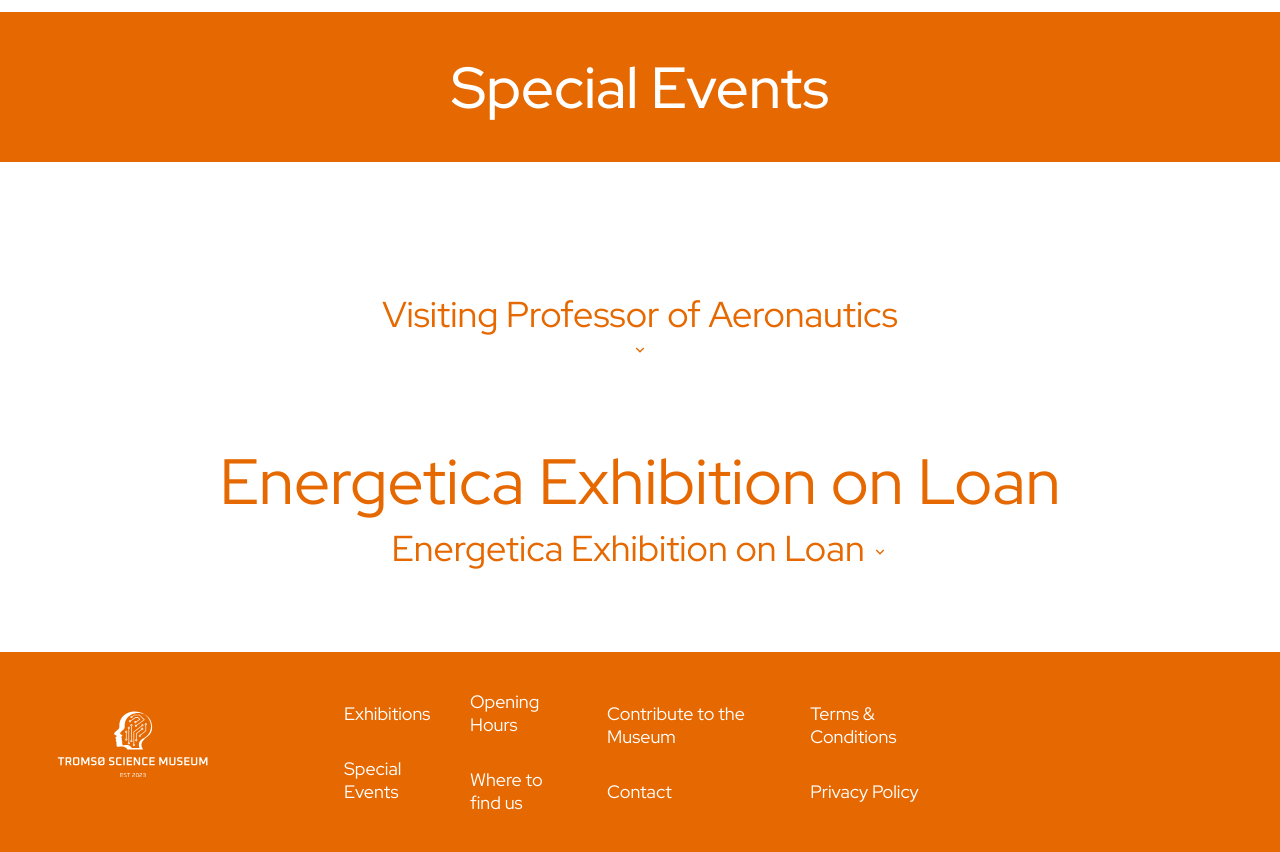
Repository: benjaminskarding/Semester-Project
Page: index.html
The author's editor kept a copy of each file at every save. The page is drawn from the files as they stood at one save, then again after the next save.
The browser window is 1280 px wide. The pictures show the part of the page from y = 5117 to 5969 px (the page is 5969 px tall before and 5963 px after).
A picture or video elsewhere on the page could not be fetched, so the positions and the page height are approximate.

Above is the page before, as saved 2023-12-04 12:39:59.

### index.html
<!DOCTYPE html>
<html lang="en">
<head>
    <meta charset="UTF-8">
    <meta name="viewport" content="width=device-width, initial-scale=1.0">
    <link rel="stylesheet" href="/src/css/index.css">
    <link rel="preconnect" href="https://fonts.googleapis.com">
    <link rel="preconnect" href="https://fonts.gstatic.com" crossorigin>
    <link href="https://fonts.googleapis.com/css2?family=Red+Hat+Display:wght@300;400;500;600;700;800&display=swap" rel="stylesheet">
    <title>Document</title>
</head>
<body>
<div class="landing-section">

    <div class="fullscreen-bg-vid">
        <video loop muted autoplay>
            <source src="assets/videos/30001-0863.mp4" type="video/mp4">
        </video>
    </div>

    <header class="header-collection">
        <div class="header-wrapper">
            <nav class="header-main-nav">
                <div class="header-nav-left-placeholder">
                </div>
                <div class="header-nav-center-logo">
                    <a href="index.html" aria-label="Go to homepage">
                        <img class="logo" src="assets/images/logo/whitelogo.svg" alt="company logo">
                    </a>
                </div>
                <div class="header-nav-right">
                    <label for="menuToggle" class="menu-button" aria-label="Open Menu"> <!--toggles overlay-->
                        <span class="white">MENU</span>
                        <img src="assets/images/icons/helix.svg" class="menuIcon" alt="navigation menu icon">
                    </label>
                </div>
            </nav>
        </div>

        <!--Hamburger overlay-->
        <input type="checkbox" id="menuToggle" class="menu-toggle-checkbox" style="display: none;">
        <div class="hamburger-overlay-homepage" id="menuOverlay" aria-label="Menu overlay">

            <div class="overlay-header">
                <h3 class="medium">Menu</h3>
                <label for="menuToggle" class="overlay-close-btn" aria-label="Close menu">&times;</label>
            </div>

            <div class="overlayOptionsContainer">
                <a href="index.html">
                  <h5 class="menu-item">Home</h5>
                </a>
                <a href="exhibitions.html">
                  <h5 class="menu-item">Exhibitions</h5>
              </a>
                <a href="special_events.html">
                  <h5 class="menu-item">Special Events</h5>
              </a>
                <a href="contribute.html">
                  <h5 class="menu-item">Contribute to the Museum</h5>
              </a>
                <a href="contact.html">
                  <h5 class="menu-item">Contact</h5>
              </a>
                <a href="terms_conditions.html">
                  <h5 class="menu-item">Terms & Conditions</h5>
              </a>
                <a href="privacy_policy.html">
                  <h5 class="menu-item">Privacy Policy</h5>
              </a>
            </div>
            <div class="overlayLogoContainer">
                <img src="assets/images/logo/whitelogo.svg" class="overlayLogo" alt="company logo in hamburger overlay">
            </div>
        </div>
    </header>


    <div class="hero-text">
        <h1><a href=#>CURRENT EXHIBITIONS</a></h1>
        <div class="hero-text-bottom">
            <div class="title">
                <h2 class="specEvent"><a href=#>SPECIAL EVENTS</a></h2>
            </div>
            <div class="additional-links">
                <div class="link-with-line">
                    <a href="contact.html" class="hero-small-link">CONTACT</a>
                    <div class="line"></div>
                </div>
                <div class="link-with-line">
                    <a href="#" class="hero-small-link-two">CONTRIBUTE TO THE MUSEUM</a>
                    <div class="line"></div>
                </div>
            </div>
        </div>
    </div>
</div>
    <div class="title-bar">
        <h3 class="medium">Visit</h3>
    </div>

    <div class="main-grid">
        <div class="left-column">
            <div class="column-text-content">
                <h4 class="medium orange">Admission</h4>
                <h6>The entrance is free for all.</h6>
                <p>There are guided tours of the museum that leave every hour.</p>
                <p>These tours are 70 NOK per person and include a handy printed guide of the museum.</p>
                <p>If you would like to organise a guided tour for your group of 6 or more people, please contact us to arrange the tour.</p>
                <p class="orange bold">Accessibility</p>
                <p>The museum has wheelchair accessibility ramps.</p>
                <p>It also has audio guides and braille display signs for the visually impaired.</p>
            </div>
        </div>
        <div class="center-column">
            <div class="column-text-content">
                <p class="orange bold">Shop</p>
                <p>Our shop offers a range of memorabilia from the museum as well as great gifts and activity packs that allow you to continue to explore science even after you’ve left the museum.</p>
                <p class="orange bold">Food and Drink</p>
                <p>There is a café attached to the museum where you can get light lunches, soft drinks, coffee, snacks and more.</p>
            </div>
        </div>
        <div class="right-sidebar">
            <div class="sidebarSection">
                <h5>Our Location</h5>
                <hr>
                <p>Tromsø Science Museum</p>
                <p>123 Northern Lights Avenue</p>
                <p>Tromsø, Norway</p>
            </div>
            <div class="sidebarSection">
                <h5>Opening Hours</h5>
                <hr>
                <p>Monday: Closed</p>
                <p>Tuesday: 10:00 – 16:00</p>
                <p>Wednesday: 10:00 – 16:00</p>
                <p>Thursday: 10:00 – 16:00</p>
                <p>Friday: 10:00 – 19:00</p>
                <p>Saturday: 9:00 – 16:00</p>
                <p class="lastpar">Sunday: 9:00 – 13:00</p>
            </div>
        </div>

        <div class="image">
            <img src="assets/images/x/cube.jpg">
        </div>
        <div class="mid-right-column">
            <div class="right-column-text-content">
                <h2 class="orange">Explore Together</h2>
                <p class="semibold">Come join us at the Tromsø Science Museum where we’re committed to making science accessible to all.</p>
                <p>Over the course of human history, science has developed from our early understanding of fire, wind, water, and earth to exploring everything from galaxies far away to the very building blocks of life itself.</p>
                <p>The aim of our museum is to create a space where everyone can experience the wonders of our discoveries and perhaps even ignite a lifelong passion to continue the exploration of the world around us.</p>
                <p>We believe science should not be confined to the textbook, but brought to live through exhibits. This is why we have over 1000 different exhibits on the many varied subjects of science to explore.</p>
                <p>Many of these exhibits are designed for you to interact with and play around to see science come to life (apart from the dinosaur exhibits – they only come to life at night when everyone’s gone home).</p>
            </div>
        </div>
    </div>

    <div class="mid-bar"></div>

    <div class="grid2">
        <div class="teach-col">
            <div class="column-text-content">
                <h4 class="medium orange">For Teachers</h4>
                <p class="semibold">As a community-driven museum, we want to work with schools to create places of learning and exploring.</p>
                <p>Our team are on hand to give your students guided tours of the museum, teach them in our learning laboratory, and provide great video presentations that will excite and inspire them.</p>
                <p>Please get in touch with us here to find out more about our facilities and to arrange a time to bring your students through for a visit.</p>
            </div>
        </div>

        <div class="low-mid-right-column">
            <div class="right-column-text-content">
                <h4 class="medium orange">For Kids</h4>
                <p class="semibold">Are you a young person looking to learn more about science? Come on down to our museum, there’s plenty to see and do.</p>
                <p>You can learn about Newtonian physics from our bumper swing, or why not travel back in time and meet our resident Woolly Mammoth? Our exhibits are designed to be accessible for interested minds, so make sure you come ready to learn and explore.</p>
                <p>We also have the Young Stars club which meets once a week on a Saturday between 10:00 and 13:00 where you’ll get to explore and experiment with our team of experts.</p>
                <p class="lastpar">During the school holidays we run special holiday clubs where you can join other children your age to go on a journey of discovery. Each holiday we pick a new theme to explore. To find out more about the holiday club and how you can join, send us a message.</p>
                <h4 class="medium orange">Researchers</h4>
                <p class="semibold">Are you looking to get involved with our team of researchers and academics?</p>
                <p>Our museum offers various ways for you to use our resources and contribute towards them. We have online records, laboratory space, and a working relationship with a number of universities around the country.</p>
            </div>
        </div>

        <div class="left-sidebar">
            <div class="sidebarSection">
                <h5>Special Events</h5>
                <hr>
                <p>Visiting Professor of Aeronautics</p>
                <p>Night in the Museum</p>
                <p>Energetica Exhibition on Loan</p>
            </div>
            <div class="sidebarSection">
                <h5>Current Exhibitions</h5>
                <hr>
                <p>Cosmology</p>
                <p>Evolution</p>
                <p>Biology & Medicine</p>
                <p>Ecology</p>
                <p>Robotics & AI</p>
            </div>
        </div>
    </div>

    <div class="title-bar title-bar-right">
        <h3 class="medium">Exhibitions</h3>
    </div>


    <div class="grid3">
        <div class="imageCarousel image">
            <img src="assets/images/x/spaceman.jpg">
        </div>
        <div class="carouselDescription">
            <div class="column-text-content">
                <h5 class="orange">Discover the Cosmos</h5>
                <p class="semibold">Embark on a celestial journey at the Tromsø Science Museum's space exhibit.</p>
                <p>Dive into the history of space exploration, from the earliest dreams of flying to the moon, to the latest discoveries in the vast expanse of our universe.</p>
            </div>
        </div>
        <div class="exhibText">
            <div class="right-column-text-content">
                <h4 class="medium orange">Engage, Learn and Interact</h4>
                <p class="semibold">The Tromsø Science Museum is not just a building; it's a celebration of human curiosity and the relentless pursuit of knowledge.</p>
                <p>As a beacon of discovery, our exhibitions are thoughtfully designed to inspire awe, stimulate intellect, and provoke conversation.</p>
                <p>From the enigmatic depths of outer space to the microscopic intricacies of biology, each exhibit serves as a window to the vast and varied tapestry of the universe.</p>
                <a href="#" class="exhibButton medium">Tour All Exhibitions</a>
            </div>
        </div>
    </div>

    <div class="title-bar">
        <h3 class="medium">Contribute</h3>
    </div>

    <div class="grid4">
        <div class="suppMuseum">
            <div class="column-text-content">
                <h4 class="medium orange">Support the Museum</h4>
                <p class="semibold">Tromsø Science Museum is not just a space, it's a vibrant hub for exploration and learning, a testament to the power of community involvement.</p>
                <p>While our contributions page provides detailed ways you can join in our efforts, here we invite you to consider the unique impact that your support can create.</p>
            </div>
            <div class="navStuff">
                <div class="buttonWrapper">
                    <a href="#" class="navButtonSmall medium">Internship</a>
                    <img src="assets/images/icons/longArrow.svg" alt="Right Arrow" class="arrowIcon">
                </div>
                <div class="buttonWrapper">
                    <a href="#" class="navButtonSmall medium">Make a Gift</a>
                    <img src="assets/images/icons/longArrow.svg" alt="Right Arrow" class="arrowIcon">
                </div>
                <div class="buttonWrapper">
                    <a href="#" class="navButtonSmall medium">Volunteer</a>
                    <img src="assets/images/icons/longArrow.svg" alt="Right Arrow" class="arrowIcon">
                </div>
                <div class="buttonWrapper">
                    <a href="#" class="navButtonSmall medium">Donate</a>
                    <img src="assets/images/icons/longArrow.svg" alt="Right Arrow" class="arrowIcon">
                </div>
            </div>
        </div>

        <div class="supportImage image">
            <img src="assets/images/x/supp.jpg">
        </div>
    </div>

    <div class="title-bar-center">
        <h3 class="medium">Special Events</h3>
    </div>

    <div class="specEvents">
        <div class="specContent">
            <div class="specSection">
                <h5 class="orange regular">Visiting Professor of Aeronautics</h5>
                <img src="assets/images/icons/arrow-down-s-line.svg" class="arrow" alt="expand">
            </div>
            <div class="specSection">
                <h2 class="orange regular">Energetica Exhibition on Loan</h2>
            </div>
            <a href="#EnergeticaExhibition" id="EnergeticaExhibition" class="energeticaExhib orange">
                Energetica Exhibition on Loan
                <!-- Inline SVG for the arrow -->
                <img src="assets/images/icons/arrow-down-s-line.svg" class="arrow">
            </a>
            <div class="details">
                Information about the Energetica Exhibition.
            </div>
        </div>
    </div>

    <footer id=desktop-footer class="footer">
        <div class="footer-container">
              <!--footer left side-->
            <div class="footer-left-container">
              <a href="index.html"  aria-label="Back to homepage">
                <img src="assets/images/logo/whitelogo.svg" class="footer-logo" alt="company logo in footer">
              </a>
            </div>
            <!--footer center-->
            <div class="footer-center-container">
              <div class="footer-column-1">
                <p class="footer-titles">Exhibitions</p>
                <p class="footer-titles">Special Events</p>
              </div>
              <div class="footer-column-2">
                <p class="footer-titles">Opening Hours</p>
                <p class="footer-titles">Where to find us</p>
              </div>
              <div class="footer-column-3">
                <p class="footer-titles">Contribute to the Museum</p>
                <p class="footer-titles">Contact</p>
              </div>
              <div class="footer-column-4">
                <p class="footer-titles">Terms & Conditions</p>
                <p class="footer-titles">Privacy Policy</p>
              </div>
            </div>

            <div class="footer-right-container-placeholder"></div>
        </div>
      </footer>

</body>
</html>

### src/css/common.css
body, html {
    height: 100%;
    margin: 0;
}

a {
    text-decoration: none;
    cursor: pointer;
    color: inherit;
}

input:focus,
textarea:focus,
select:focus,
button:focus {
outline: none;
}

/* common header, landing page has specific */

.header-collection {
    background-color: var(--color-secondary);
    height: 200px;
}

.header-wrapper {
    margin-left: 3rem;
    margin-right: 3rem;
}

.logo {
    margin-top: 1.5rem;
}


.header-main-nav {
    display: flex;
    justify-content: space-between;
    align-items: center;
    width: 100%;
}



.header-nav-left-placeholder {
    flex: 1;
    display: flex;
    align-items: center;
}

.header-nav-left a {
    display: flex;
    justify-content: flex-start;
    align-items: center;
}

.header-nav-center-logo {
    flex: 0;
}

.header-nav-right {
    flex: 1;
    display: flex;
    justify-content: flex-end;
    font-size: 1.25rem;
    font-weight: var(--font-weight-medium);
}

/* Footer */

.footer{
    background-color: var(--color-secondary);
    height: 200px;
    display: flex;
    margin-top: 0rem;
}

.footer-container {
    display: flex;
    align-items: center;
    justify-content: space-between;
    margin-left: 3rem;
    margin-right: 3rem;
    width: 100%;
}

.footer-left-container {
    flex: 1;
}


.footer-center-container {
    display: flex;
    justify-content: center;
    align-items: center;
    flex: 2;
    gap: 2rem;
}

.footer-right-container-placeholder {
    flex: 1;
}

.footer-logo {
    height: 100px;
}

.footer-titles {
    display: flex;
    margin-bottom: 2rem;
    margin-top: 2rem;
    color: white;
}




/* Main content */

.top-bar {
    display: flex;
    align-items: center;
    background-color: #E66800;
    width: 100%;
    height: 80px;
}

.top-bar h3 {
    margin-left: 3rem;
}

.sidebar {
    display: flex;
    flex-direction: column;
    align-items: center;
    position: relative;
    background-color: #E66800;
    height: 100%;
}

/* Hamburger overlay */

.hamburger-overlay {
    position: absolute;
    top: 0;
    right: 0;
    bottom: 0;
    left: 0;
    background-color: transparent;
    z-index: 1000;
    visibility: hidden;
    transform: translateX(100%);
    transition: transform 0.3s, visibility 0.3s;
    display: flex;
    flex-direction: column;
    justify-content: flex-start;
}


.menu-button { /* toggles overlay--> */
    display: flex;
    align-items: center;
    cursor: pointer;
}

.menu-toggle-checkbox:checked ~ .sidebar .hamburger-overlay {
    visibility: visible;
    transform: translateX(0);
}

.overlay-header {
    display: flex;
    flex-direction: row;
    justify-content: space-between;
    align-items: center;
    text-align: center;
    margin-left: 1rem;
}

.hamburger-overlay:target {
    visibility: visible;
    opacity: 1;
}

.overlayOptionsContainer {
    flex-direction: column;
    height: 100%;
}

.menu-item {
    display: flex;
    justify-content: space-between;
    align-items: center;
    margin: 0 1rem;
    margin-top: 2rem;
    color: white;
}

.overlayTitle {
    display: flex;
    align-items: center;
    justify-content: flex-start;
    color: var(--color-primary);
    margin-bottom: 10px;
    margin-left: 1rem;
}

.overlayLogoContainer {
    display: flex;
    justify-content: center;
    margin-bottom: 2rem;
    margin-top: 1rem;
}

.overlayLogo {
    width: 50%;
    max-width: 300px;
}

.overlay-close-btn {
    padding-top: 10px;
    margin-right: 3rem;
    color: white;
    font-size: 2rem;
    background: none;
    border: none;
    cursor: pointer;
}

### src/css/_reset.css
*, *:before, *:after {
    box-sizing: inherit;
  }

  body {
    box-sizing: border-box;
    min-height: 100vh;
    margin: 0;
  }

### src/css/_variables.css
:root{
    --color-primary: white;
    --color-secondary: #E66800;

    --font-primary: 'Red Hat Display', sans-serif;
    --font-size: 16px;
    --font-weight-regular: 400;
    --font-weight-medium: 500;
    --font-weight-semibold: 600;
    --font-weight-bold: 700;
}

.medium {
    font-weight: 500
}

.regular {
    font-weight: 400;
}

.semibold {
    font-weight: 600;
}

strong, .bold {
    font-weight: var(--font-weight-bold)
}

body {
    font-family: var(--font-primary)
}

.white {
    color:white;
}

.orange {
    color: var(--color-secondary)
}

.lastpar {
    margin-bottom: 2rem;
}

.nowrap {
    white-space: nowrap;
}

p {
    font-size: 1.125rem;
}

h1,h2,h3,h4 {
    color: var(--color-primary)
}

h1,h2,h3,h4,h5,h6,p {
    font-family: var(--font-primary);
    margin: 0;
    padding: 0;
}

h1 {
    font-size: 6rem; /* 96px */
}

h2 {
    font-size: 4rem; /* 64px */
    font-weight: var(--font-weight-medium);
}

h3 {
    font-size: 3.625rem;  /* 58px */
}

h4 {
    font-size: 3rem; /* 48px*/
}

h5 {
    font-size: 2.25rem; /*36px*/
    font-weight: var(--font-weight-medium)
}

h6 {
    font-size: 1.375rem; /*22px*/
    font-weight: var(--font-weight-medium);
}

Loaded but not shown: src/css/index.css (414 lines, source omitted)

After the next save:
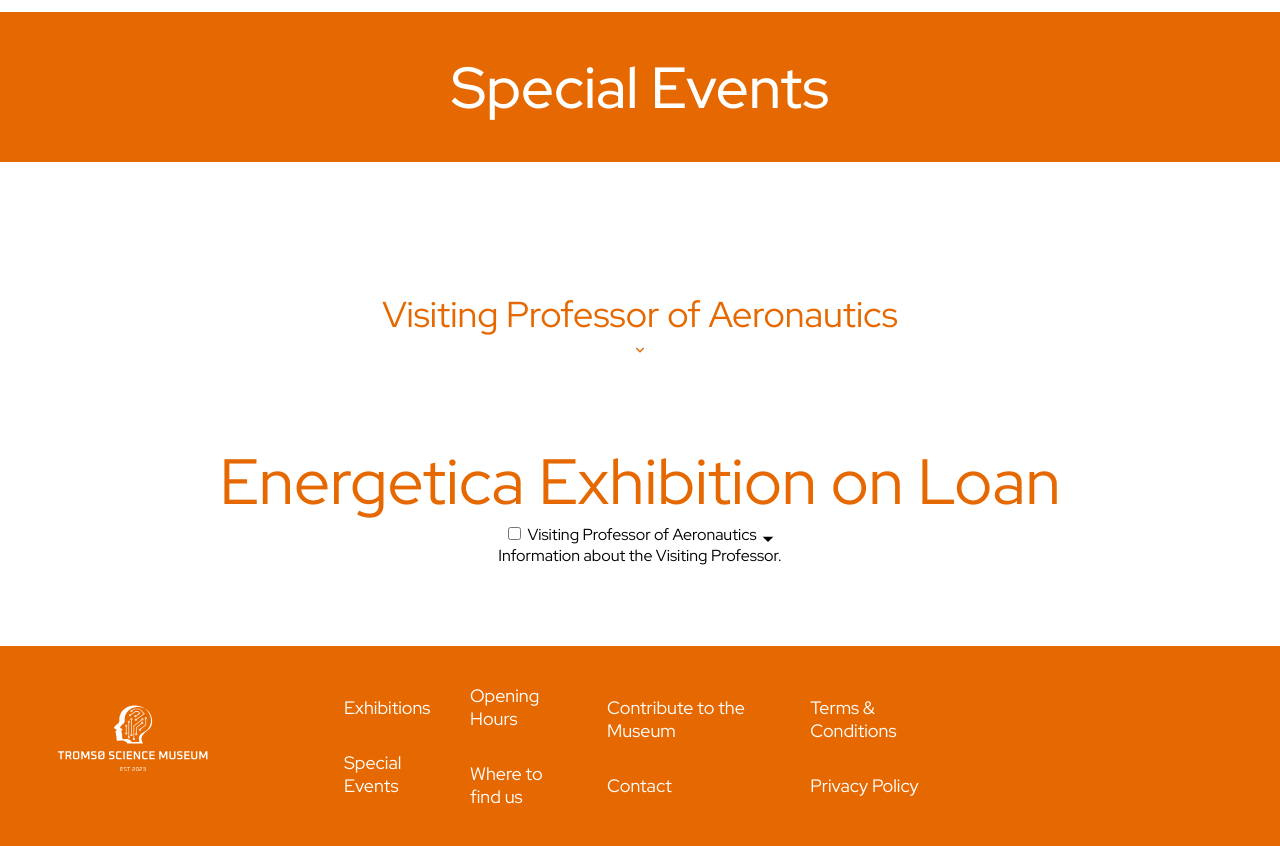
Saved 2 min 46 s later.
--- a/index.html
+++ b/index.html
@@ -277,14 +277,22 @@
             <div class="specSection">
                 <h2 class="orange regular">Energetica Exhibition on Loan</h2>
             </div>
-            <a href="#EnergeticaExhibition" id="EnergeticaExhibition" class="energeticaExhib orange">
-                Energetica Exhibition on Loan
-                <!-- Inline SVG for the arrow -->
-                <img src="assets/images/icons/arrow-down-s-line.svg" class="arrow">
-            </a>
-            <div class="details">
-                Information about the Energetica Exhibition.
-            </div>
+
+
+            <div class="section">
+  <input type="checkbox" id="toggleProfessor" class="toggle"/>
+  <label for="toggleProfessor" class="toggle-label">
+    Visiting Professor of Aeronautics
+    <!-- Inline SVG for the arrow -->
+    <svg class="arrow" xmlns="http://www.w3.org/2000/svg" viewBox="0 0 24 24">
+        <!-- Replace with your SVG path here -->
+        <path d="M12 21l-8-8h16z"/>
+    </svg>
+  </label>
+  <div class="content">
+    Information about the Visiting Professor.
+  </div>
+</div>
         </div>
     </div>
 
